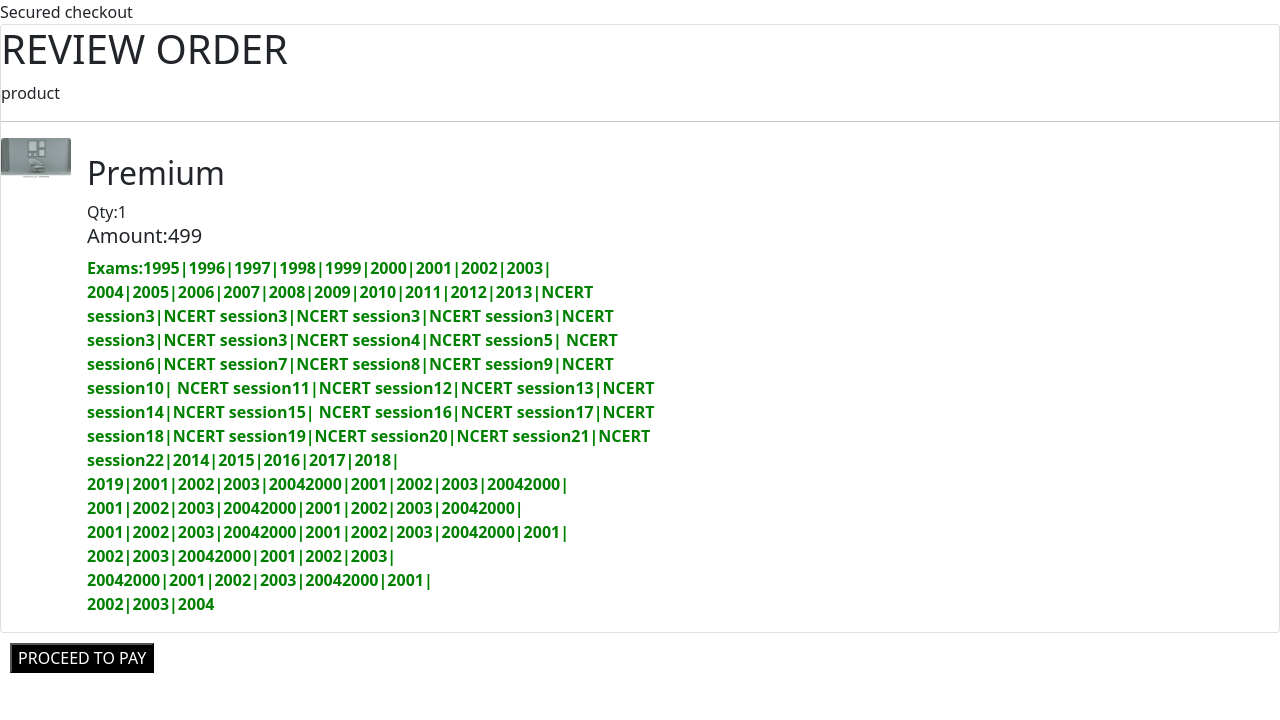
Repository: sreech465/e-prathibha
Page: /checkouts
An editor plug-in stored every save of this project. The page is shown before and after the next save, followed by the edit.
The browser window is 1280 px wide. The pictures show the whole page.
The project was rebuilt for these pictures with package versions that can differ from the ones it lists, and the page was loaded fresh each time. Also part of the build but not shown: src/Redux/Actions.js, src/Components/Register.js, src/Components/Verify.js, src/Components/Header.js, src/Components/Login.js, src/Components/Popup.css, src/Components/Popup.js, src/Components/WritExam.css and 9 more.

Above is the page before, as saved 2022-10-18 18:55:57.

### src/index.js
import React from "react";
import ReactDOM from "react-dom/client";
import "./index.css";
import App from "./App";
import reportWebVitals from "./reportWebVitals";
import { Provider } from "react-redux";
import { store } from "./Redux/Store";

import "bootstrap/dist/css/bootstrap.min.css";

const root = ReactDOM.createRoot(document.getElementById("root"));
root.render(
  <React.StrictMode>
    <Provider store={store}>
      <App />
    </Provider>
  </React.StrictMode>
);

// If you want to start measuring performance in your app, pass a function
// to log results (for example: reportWebVitals(console.log))
// or send to an analytics endpoint. Learn more: https://bit.ly/CRA-vitals
reportWebVitals();

### src/App.js
import "bootstrap/dist/css/bootstrap.min.css";
import "./App.css";
import Register from "./Components/Register";
import { useSelector } from "react-redux";
import Verify from "./Components/Verify";
import Header from "./Components/Header";
import Login from "./Components/Login";
import { Routes, Route } from "react-router-dom";
import WriteExam from "./Components/WriteExam";
import { BrowserRouter } from "react-router-dom";
import ListOfExams from "./Components/ListOfExams";
import CategoryOfExams from "./Components/CategoryOfExams";
import PremiumList from "./Components/PremiumList";
import MockList from "./Components/MockList";
import PwriteExam from "./Components/PwriteExam";
import Sidebar from "./Components/Sidebar";
import Packageanu from "./Components/Packageanu";
import Checkouts from "./Components/Checkouts";
function App() {
  const state = useSelector((state) => state);
  console.log(state);

  return (
    <>
      <div className="App">
        <BrowserRouter>
          <Routes>
            <Route path="/register" element={<Register />} />
            <Route path="/Verify" element={<Verify />} />
            <Route path="/" element={<Login />} />
            <Route path="/ListOfExams" element={<ListOfExams />} />
            <Route path="/PremiumList" element={<PremiumList />} />
            <Route path="/MockList" element={<MockList />} />
            <Route path="/CategoryOfExams" element={<CategoryOfExams />} />
            <Route path="/ListOfExams/:id" element={<WriteExam />} />
            <Route path="/PremiumList/:id" element={<WriteExam />} />
            <Route path="/packages" element={<Packageanu />} />
            <Route path="/checkouts" element={<Checkouts />} />
          </Routes>
        </BrowserRouter>
      </div>
    </>
  );
}

export default App;

### src/Redux/Store.js
import { applyMiddleware } from "redux";

import { createStore } from "redux";
import thunk from "redux-thunk";
import { rootreducer } from "./CombineReducers";

export const store = createStore(rootreducer, applyMiddleware(thunk));

### src/App.css
.Sidebar {

  height:100%;
  width:50px;
  background-color: black;
  top:0;
  position:fixed;


}

body{
  margin:0;
  padding:0;
}

.App{
  width:100vw;
  height: 100vh;
}

.SidebarList{
  height: auto;
  padding: 0;
  width:100%;
}

.SidebarList .row{
  width:100%;
  height: 50px;
  border: rgba(11, 11, 11, 0.851);
list-style-type: none;
margin: 0;
color: white;
left: 0;
font-family: 'Lucida Sans', 'Lucida Sans Regular', 'Lucida Grande', 'Lucida Sans Unicode', Geneva, Verdana, sans-serif;
}

.row #icon {
  flex: 30%;
  display: grid;
  place-items: center;
}

### src/Components/Checkouts.js
import React from "react";

const Checkouts = () => {
  return (
    <>
      <div>Secured checkout</div>

      <div class="card">
        <h1>REVIEW ORDER</h1>
        <div>product</div>
        <hr />
        <div style={{ display: "flex" }}>
          <img
            class="card-img-top"
            style={{ width: 70, height: 40 }}
            src="data:[embedded picture, 3279 characters]"
            alt="Card image cap"
          />
          <div class="card-body">
            <h2>Premium</h2>
            <div>Qty:1</div>
            <h5>Amount:499</h5>
            <div style={{ color: "green", fontWeight: "bold" }}>
              Exams:1995|1996|1997|1998|1999|2000|2001|2002|2003|
              <br />
              2004|2005|2006|2007|2008|2009|2010|2011|2012|2013|NCERT
              <br />
              session3|NCERT session3|NCERT session3|NCERT session3|NCERT
              <br />
              session3|NCERT session3|NCERT session4|NCERT session5| NCERT
              <br />
              session6|NCERT session7|NCERT session8|NCERT session9|NCERT
              <br />
              session10| NCERT session11|NCERT session12|NCERT session13|NCERT
              <br />
              session14|NCERT session15| NCERT session16|NCERT session17|NCERT
              <br />
              session18|NCERT session19|NCERT session20|NCERT session21|NCERT
              <br />
              session22|2014|2015|2016|2017|2018|
              <br />
              2019|2001|2002|2003|20042000|2001|2002|2003|20042000|
              <br />
              2001|2002|2003|20042000|2001|2002|2003|20042000|
              <br />
              2001|2002|2003|20042000|2001|2002|2003|20042000|2001|
              <br />
              2002|2003|20042000|2001|2002|2003|
              <br />
              20042000|2001|2002|2003|20042000|2001|
              <br />
              2002|2003|2004
            </div>
          </div>
        </div>
      </div>
      <button style={{ backgroundColor: "black", color: "white", margin: 10 }}>
        PROCEED TO PAY
      </button>
    </>
  );
};

export default Checkouts;

### src/Redux/CombineReducers.js
import { combineReducers } from "redux";
import {
  loginReducer,
  packageReducer,
  payReducer,
  submitExamReducer,
} from "./Reducer";
import { endExamReducer } from "./Reducer";
import { yearlyQreducer } from "./Reducer";
import { verifyReducer } from "./Reducer";
import { registerReducer } from "./Reducer";
import { writeExamReducer } from "./Reducer";
import { premiumReducer } from "./Reducer";
import { mockReducer } from "./Reducer";

export const rootreducer = combineReducers({
  RegisterReducer: registerReducer,
  VerifyReducer: verifyReducer,
  LoginReducer: loginReducer,
  GetYearlyReducer: yearlyQreducer,
  WexamReducer: writeExamReducer,
  EexamReducer: endExamReducer,
  PremiumReducer: premiumReducer,
  MockReducer: mockReducer,
  SubmitExamReducer: submitExamReducer,
  PayReducer: payReducer,
  PackageReducer: packageReducer,
});

### src/Components/Sidebardata.js
import React from "react";
import HomeIcon from "@mui/icons-material/Home";
import ShoppingCartIcon from "@mui/icons-material/ShoppingCart";
import LegendToggleIcon from "@mui/icons-material/LegendToggle";
import LiveHelpIcon from "@mui/icons-material/LiveHelp";
import ManageSearchIcon from "@mui/icons-material/ManageSearch";
import AssistantPhotoIcon from "@mui/icons-material/AssistantPhoto";
import BuildIcon from "@mui/icons-material/Build";
import DomainVerificationIcon from "@mui/icons-material/DomainVerification";
export const Sidebardata = [
  {
    title: "",
    icon: <HomeIcon />,
    link: "/",
  },
  {
    title: "",
    icon: <ShoppingCartIcon />,
    link: "/packages",
  },
  {
    title: "",
    icon: <LegendToggleIcon />,
    link: "/summary",
  },
  {
    title: "",
    icon: <AssistantPhotoIcon />,
    link: "/result",
  },
  {
    title: "",
    icon: <ManageSearchIcon />,
    link: "/search",
  },
  {
    title: "",
    icon: <LiveHelpIcon />,
    link: "/help",
  },
  {
    title: "",
    icon: <BuildIcon />,
    link: "/help",
  },

  {
    title: "",
    icon: <DomainVerificationIcon />,
    link: "/help",
  },
];

### src/Redux/Reducer.js
import { Actions } from "../Components/types";

const initialstate1 = {
  user1: "",
  user2: "",
  user3: "",
  user4: "",
  user5: "",
  user6: "",
  user7: "",
  user8: "",
  user9: "",
  user10: "",
  user11: "",
};

export const loginReducer = (state = initialstate1, action) => {
  const { type, payload } = action;

  switch (type) {
    case Actions.LOGIN:
      return { ...state, user3: payload };
    default:
      return state;
  }
};

export const registerReducer = (state = initialstate1, action) => {
  const { type, payload } = action;

  switch (type) {
    case Actions.REGISTER:
      return { ...state, user1: payload };
    default:
      return state;
  }
};

export const verifyReducer = (state = initialstate1, action) => {
  const { type, payload } = action;

  switch (type) {
    case Actions.VERIFY:
      return { ...state, user2: payload };
    default:
      return state;
  }
};

export const yearlyQreducer = (state = initialstate1, action) => {
  const { type, payload } = action;

  switch (type) {
    case Actions.GETYEARLYQUESTIONS:
      return { ...state, user4: payload };
    default:
      return state;
  }
};

export const premiumReducer = (state = initialstate1, action) => {
  const { type, payload } = action;

  switch (type) {
    case Actions.PREMIUMEXAMS:
      return { ...state, user7: payload };
    default:
      return state;
  }
};

export const mockReducer = (state = initialstate1, action) => {
  const { type, payload } = action;

  switch (type) {
    case Actions.MOCKEXAMS:
      return { ...state, user8: payload };
    default:
      return state;
  }
};

export const writeExamReducer = (state = initialstate1, action) => {
  const { type, payload } = action;

  switch (type) {
    case Actions.WRITETHEEXAM:
      return { ...state, user5: payload };
    default:
      return state;
  }
};

export const submitExamReducer = (state = initialstate1, action) => {
  const { type, payload } = action;

  switch (type) {
    case Actions.SUBMITEXAM:
      return { ...state, user9: payload };
    default:
      return state;
  }
};

export const endExamReducer = (state = initialstate1, action) => {
  const { type, payload } = action;

  switch (type) {
    case Actions.ENDTHEEXAM:
      return { ...state, user6: payload };
    default:
      return state;
  }
};

export const payReducer = (state = initialstate1, action) => {
  const { type, payload } = action;

  switch (type) {
    case Actions.PAYDETAILS:
      return { ...state, user10: payload };
    default:
      return state;
  }
};

export const packageReducer = (state = initialstate1, action) => {
  const { type, payload } = action;

  switch (type) {
    case Actions.PACKAGEDETAILS:
      return { ...state, user11: payload };
    default:
      return state;
  }
};

### src/Components/types.js
export const Actions = {
  LOGIN: "LOGIN",
  REGISTER: "REGISTER",
  VERIFY: "VERIFY",
  GETYEARLYQUESTIONS: "GETYEARLYQUESTIONS",
  WRITETHEEXAM: "WRITETHEEXAM",
  SUBMITEXAM: "SUBMITEXAM",
  ENDTHEEXAM: "ENDTHEEXAM",
  PREMIUMEXAMS: "PREMIUMEXAMS",
  MOCKEXAMS: "MOCKEXAMS",
  PAYDETAILS: "PAYDETAILS",
  PACKAGEDETAILS: "PACKAGEDETAILS",
};

Loaded but not shown: public/index.html (common file); src/index.css (common file); src/reportWebVitals.js (common file)

After the next save:
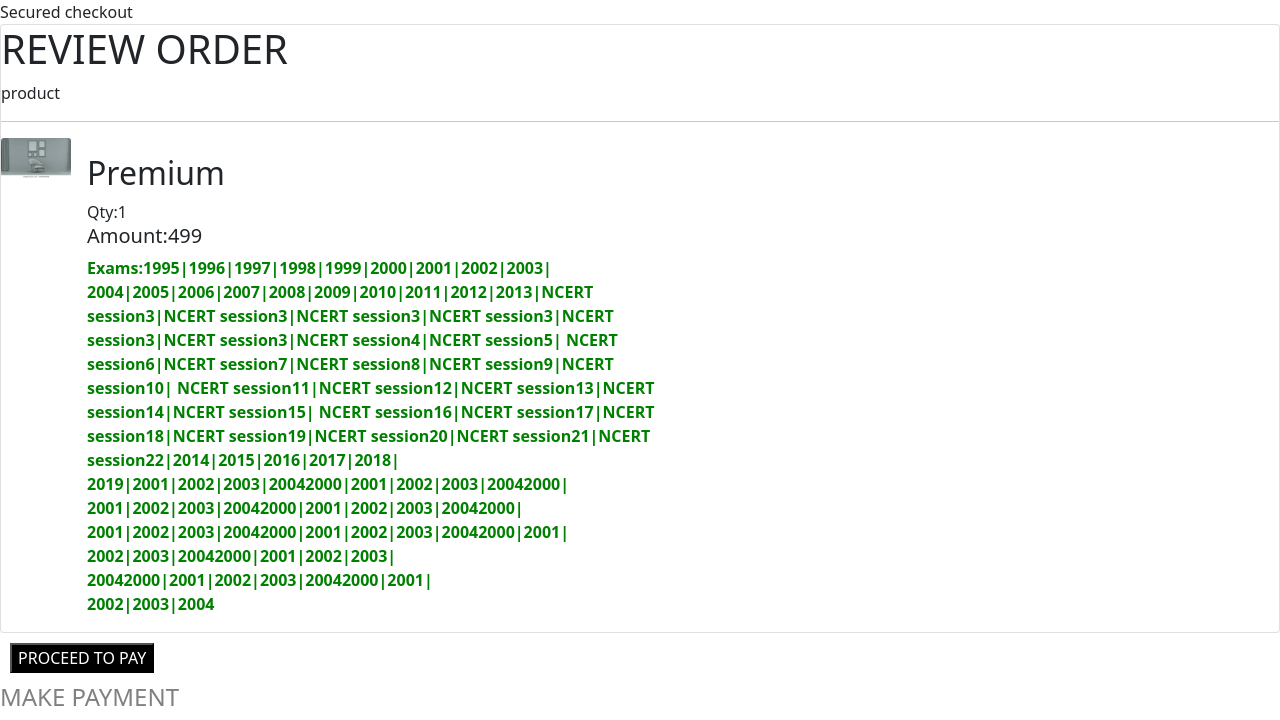
Saved 51 s later.
--- a/src/Components/Checkouts.js
+++ b/src/Components/Checkouts.js
@@ -57,6 +57,8 @@ const Checkouts = () => {
       <button style={{ backgroundColor: "black", color: "white", margin: 10 }}>
         PROCEED TO PAY
       </button>
+
+      <h4 style={{ color: "gray" }}>MAKE PAYMENT</h4>
     </>
   );
 };
